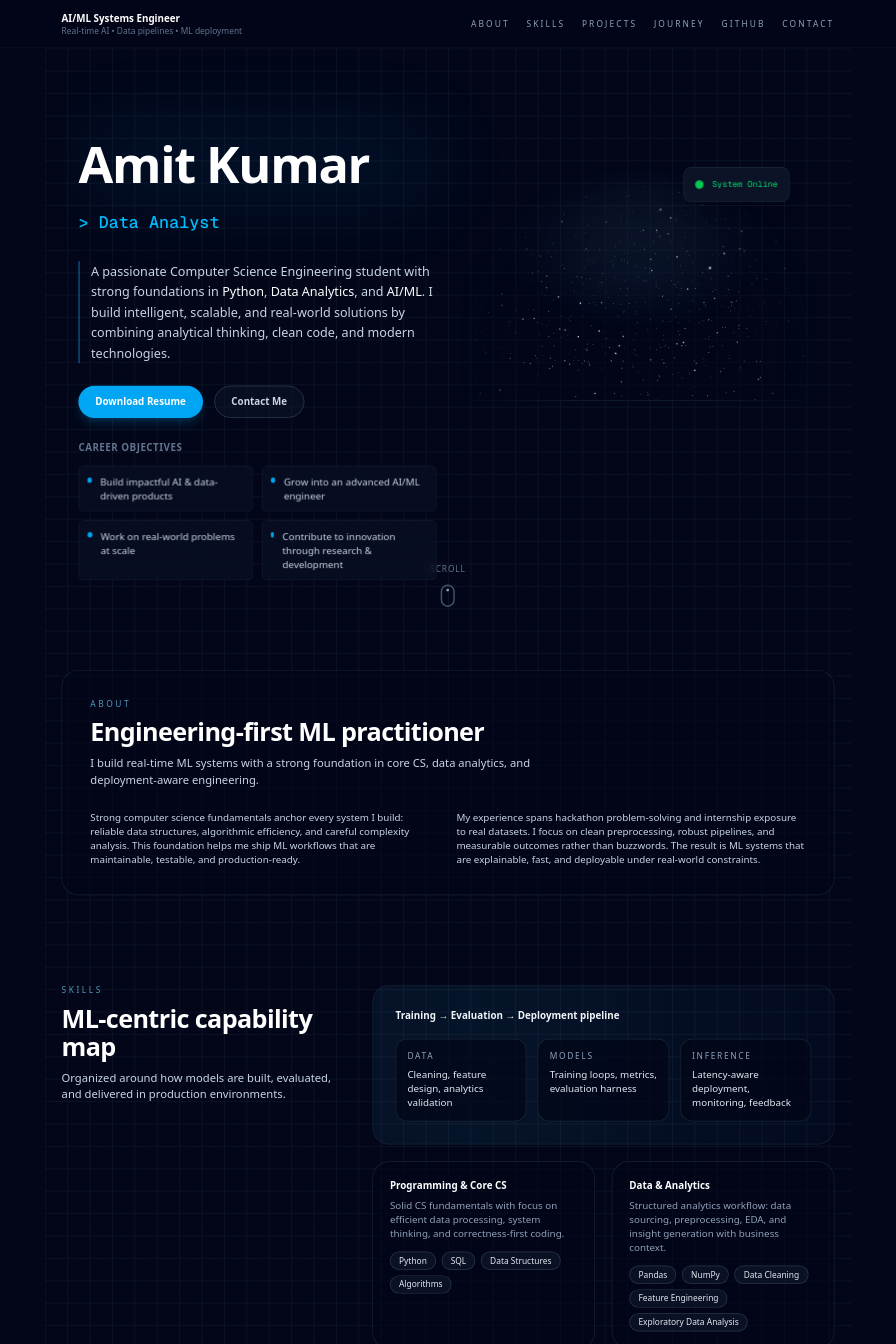
Repository: amitkumar0509/amit-portfolio
Page: /
An editor plug-in stored every save of this project. The page is shown before and after a run of saves, followed by the edit.
The browser window is 1280 px wide. The pictures show the part of the page from y = 0 to 1920 px (the page is 8514 px tall), at 70% of full size.
The page's requests for data from a server got no answer. The project was rebuilt for these pictures with package versions that can differ from the ones it lists, and the page was loaded fresh each time. The framework's server and built-in components were replaced by stand-ins that run in the browser. No one was signed in, and anything a server would have sent is missing. Also part of the build but not shown: next.config.ts.

Above is the page before, as saved 2026-02-01 22:34:30.

After the next 2 saves:
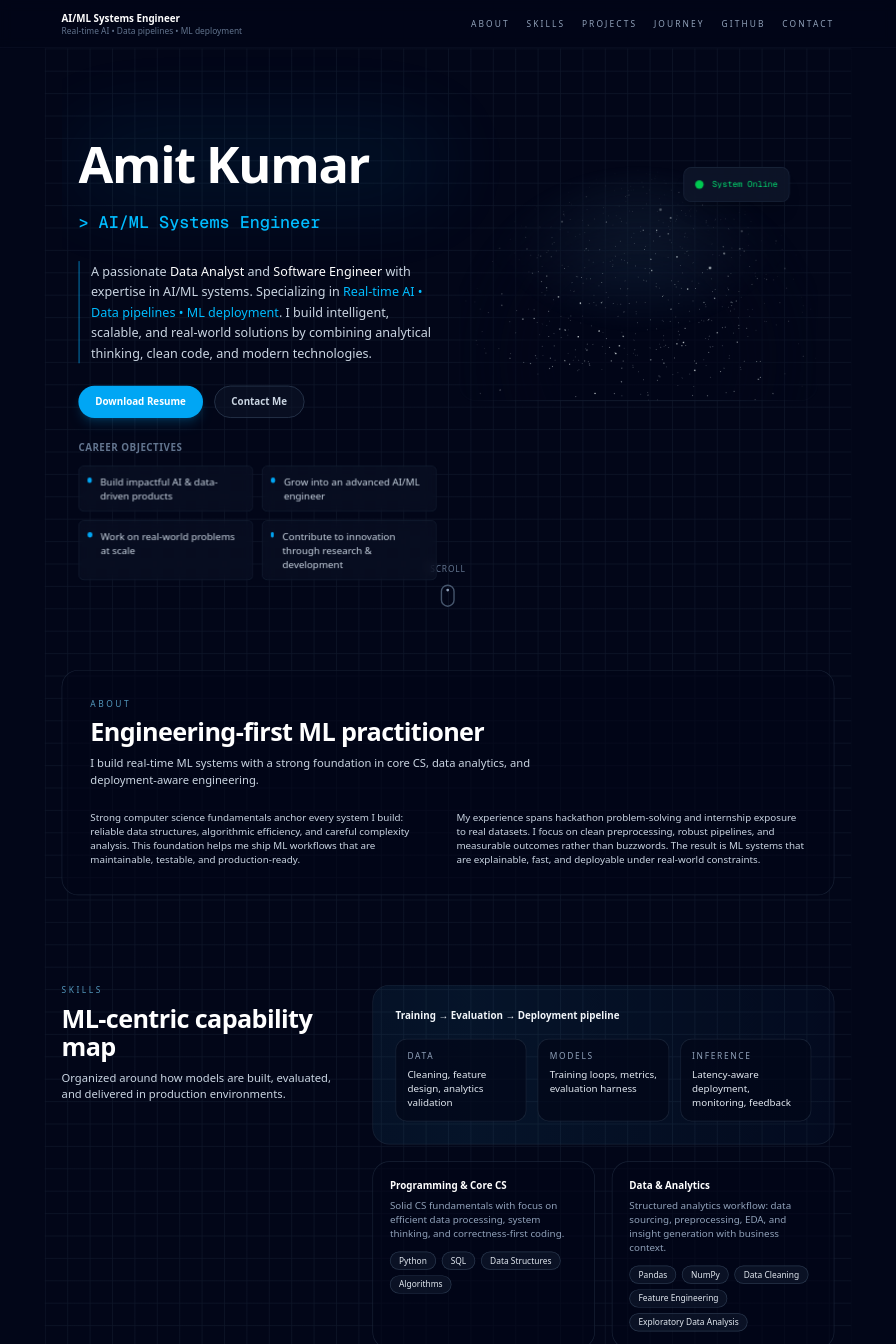
The 2 saves are shown as one change because they came seconds apart.
The last was saved 8 min 49 s later.
--- a/src/components/sections/Hero.tsx
+++ b/src/components/sections/Hero.tsx
@@ -5,9 +5,9 @@ import { motion, AnimatePresence, Variants } from "framer-motion";
 import { NeuralScene } from "@/components/three/NeuralScene";
 
 const roles = [
-  "Computer Science Engineer",
-  "AI / ML Enthusiast",
   "Data Analyst",
+  "Software Engineer",
+  "AI/ML Systems Engineer",
   "Python Developer",
   "Problem Solver",
 ];
@@ -117,7 +117,7 @@ export function Hero() {
               transition={{ delay: 1.5, duration: 0.8 }}
               className="text-base md:text-lg text-slate-300 max-w-xl leading-relaxed border-l-2 border-sky-500/50 pl-4"
             >
-              A passionate Computer Science Engineering student with strong foundations in <span className="text-white font-medium">Python</span>, <span className="text-white font-medium">Data Analytics</span>, and <span className="text-white font-medium">AI/ML</span>. I build intelligent, scalable, and real-world solutions by combining analytical thinking, clean code, and modern technologies.
+              A passionate <span className="text-white font-medium">Data Analyst</span> and <span className="text-white font-medium">Software Engineer</span> with expertise in AI/ML systems. Specializing in <span className="text-sky-400">Real-time AI • Data pipelines • ML deployment</span>. I build intelligent, scalable, and real-world solutions by combining analytical thinking, clean code, and modern technologies.
             </motion.p>
 
             {/* CTA Buttons */}
